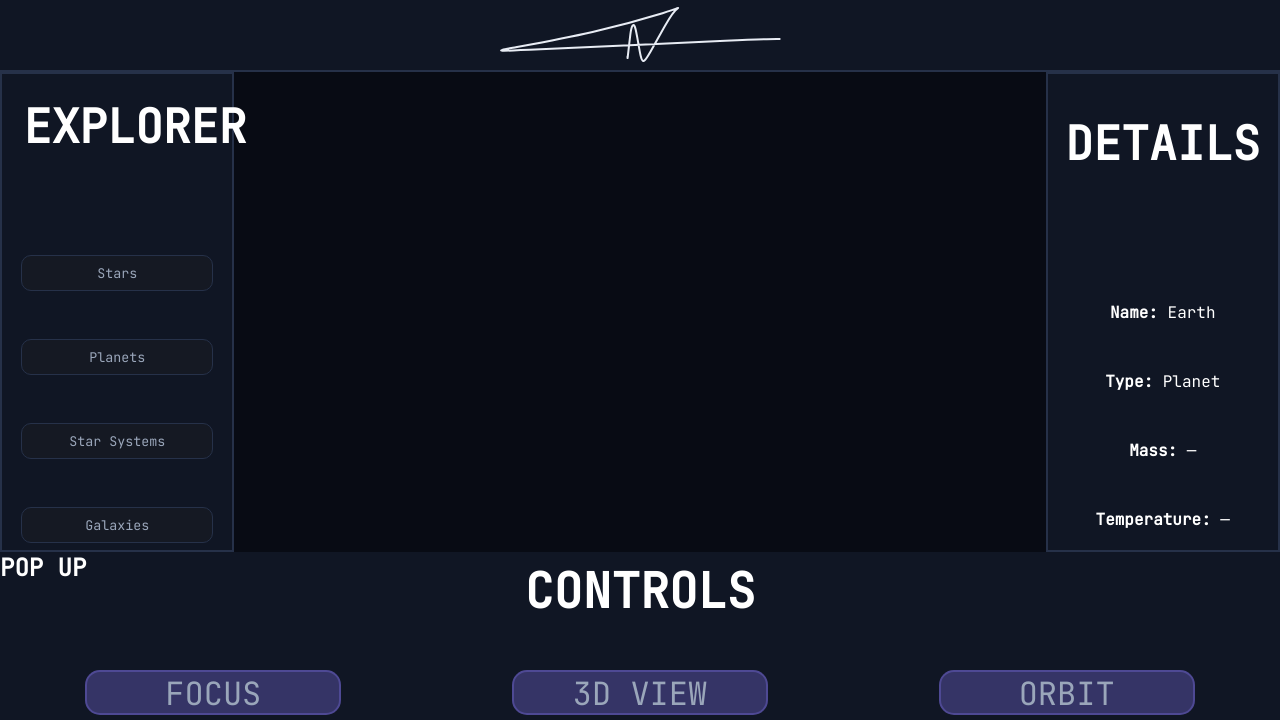
Repository: nico-madruga/Universe
Page: front-end/html/index.html
An editor plug-in stored every save of this project. The page is shown before and after the next save, followed by the edit.
The browser window is 1280 px wide. The pictures show the whole page.
After loading, the first visible `#stars-button` was clicked once.

Above is the page before, as saved 2026-09-29 21:13:44.

After the next save:
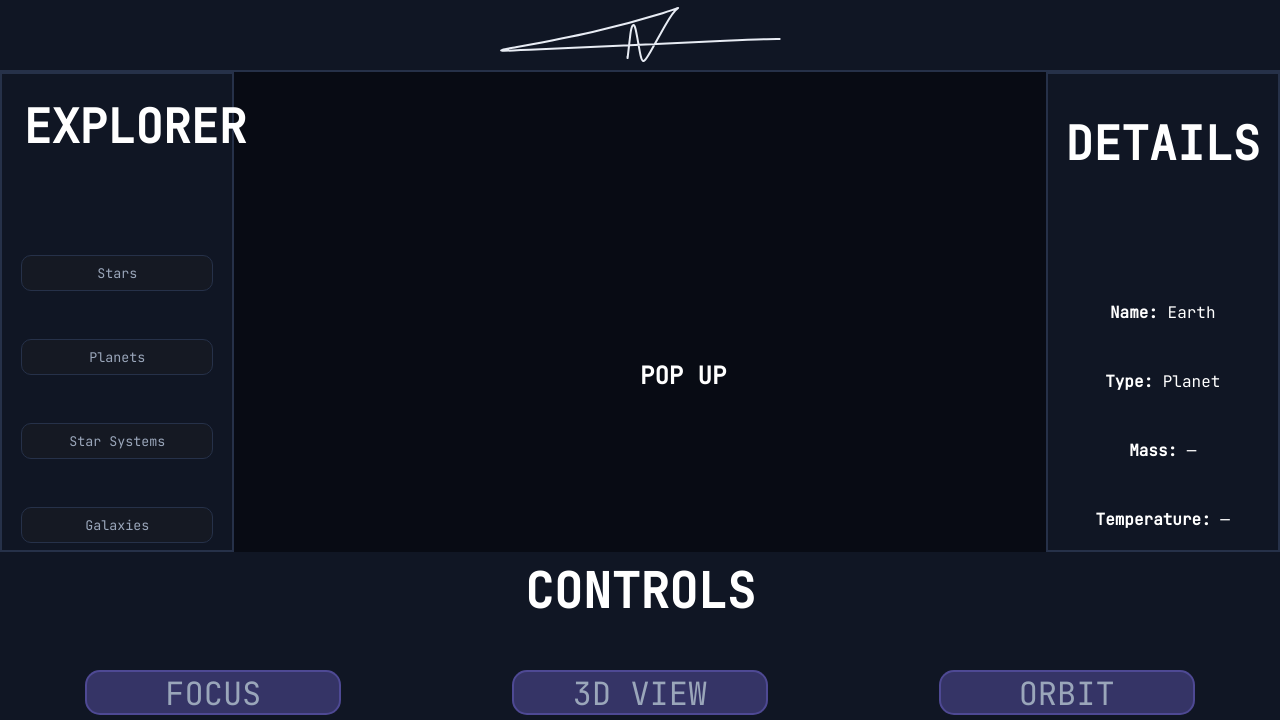
Saved 16 s later.
--- a/front-end/css/style.css
+++ b/front-end/css/style.css
@@ -184,4 +184,6 @@ body
 {
     display: block;
     position: fixed;
+    top: 50%;
+    left: 50%;
 }
